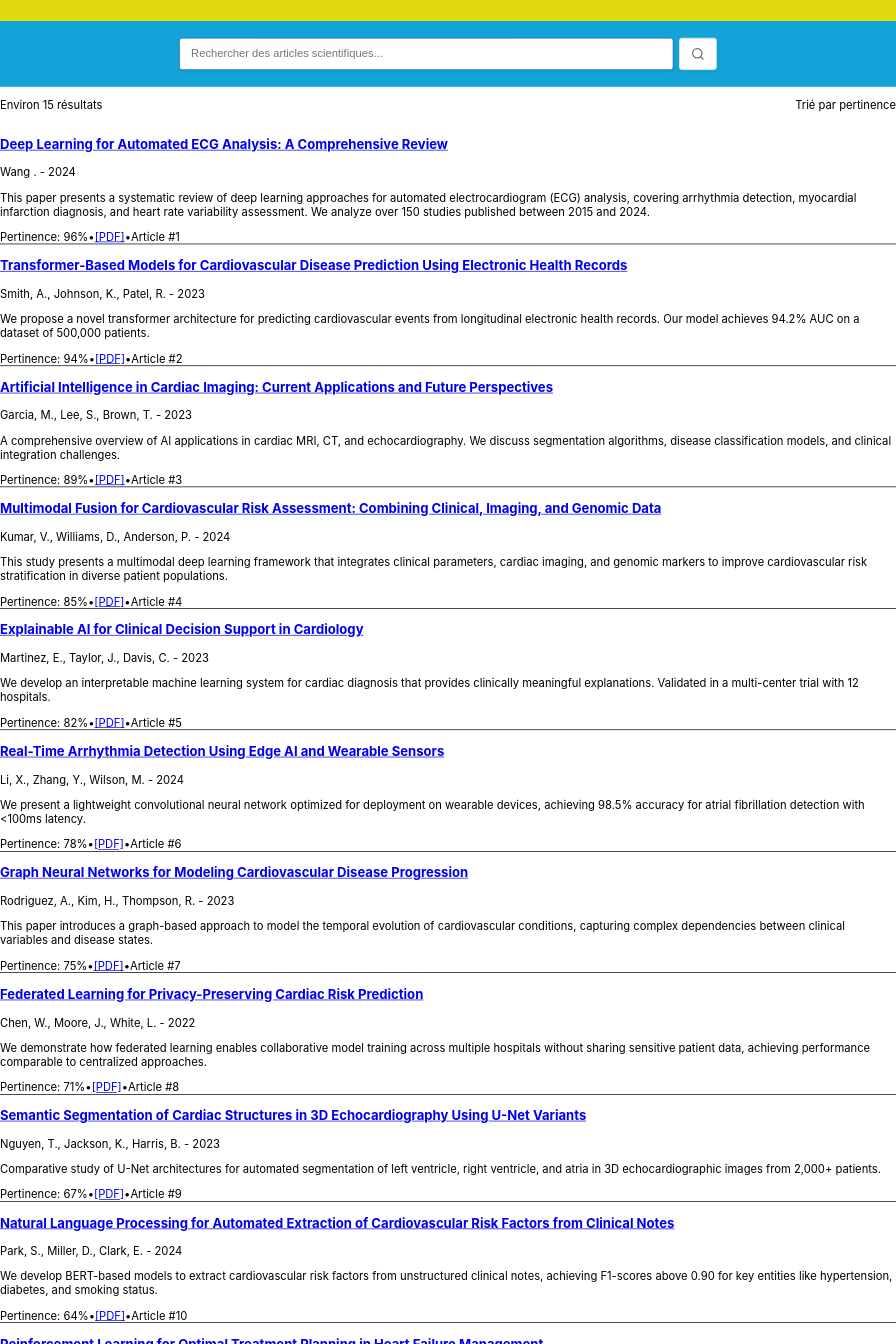
Repository: elh33/SemanticSciSearch
Page: / (app in frontend/)
The author's editor kept a copy of each file at every save. The page is drawn from the files as they stood at one save, then again after the next save.
The browser window is 1280 px wide. The pictures show the part of the page from y = 0 to 1920 px (the page is 2699 px tall), at 70% of full size.
The project was rebuilt for these pictures with package versions that can differ from the ones it lists, and the page was loaded fresh each time.

Above is the page before, as saved 2025-11-22 00:04:59.

After the next save:
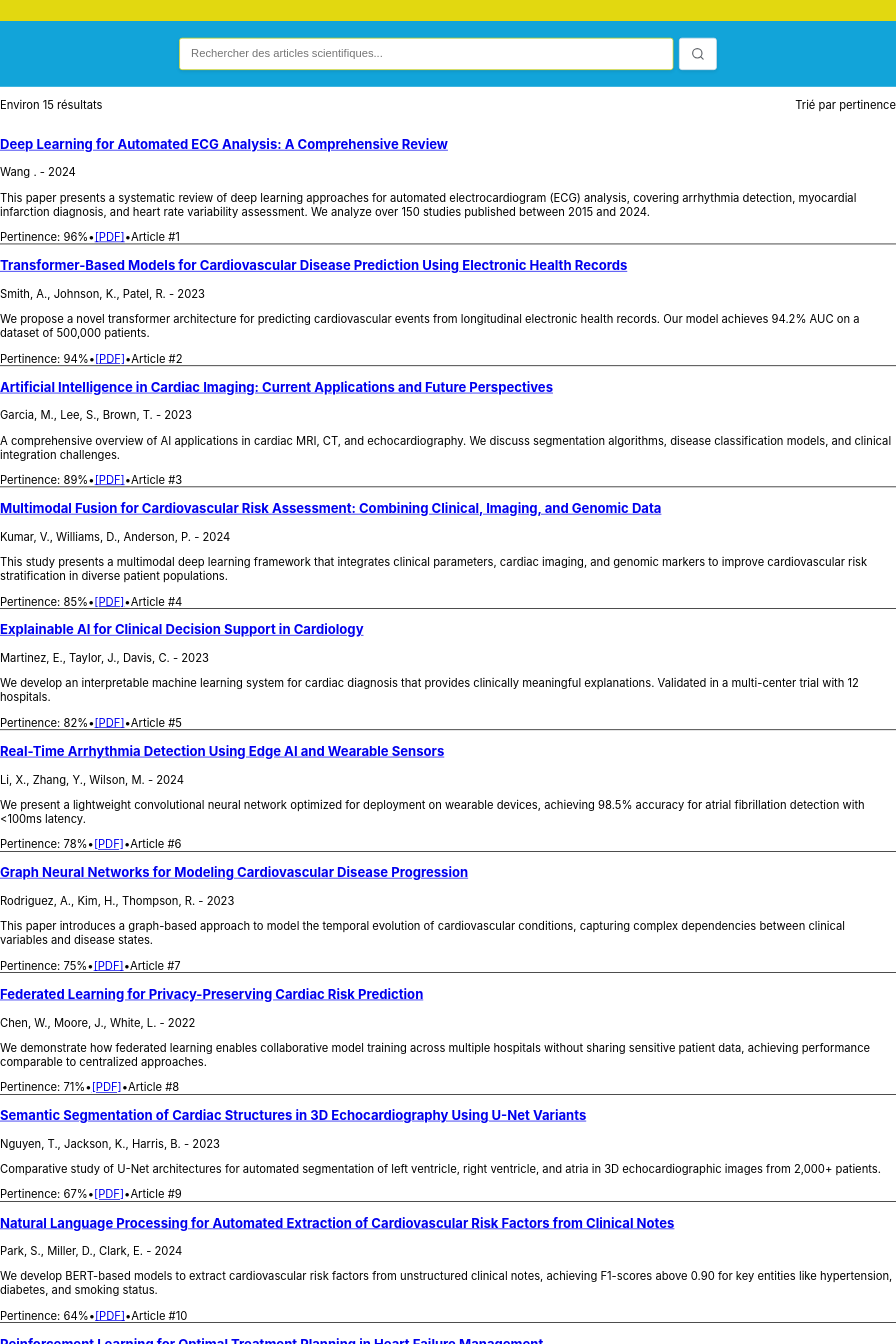
Saved 17 s later.
--- a/frontend/src/components/SearchResults.tsx
+++ b/frontend/src/components/SearchResults.tsx
@@ -56,7 +56,7 @@ const SearchResults: React.FC = () => {
                 backgroundColor: 'white',
                 borderRadius: '4px',
                 boxShadow: '0 2px 5px rgba(0,0,0,0.1)',
-                border: '1px solid #4167b2ff',
+                border: '1px solid #e2d810',
                 outline: 'none'
               }}
             />
